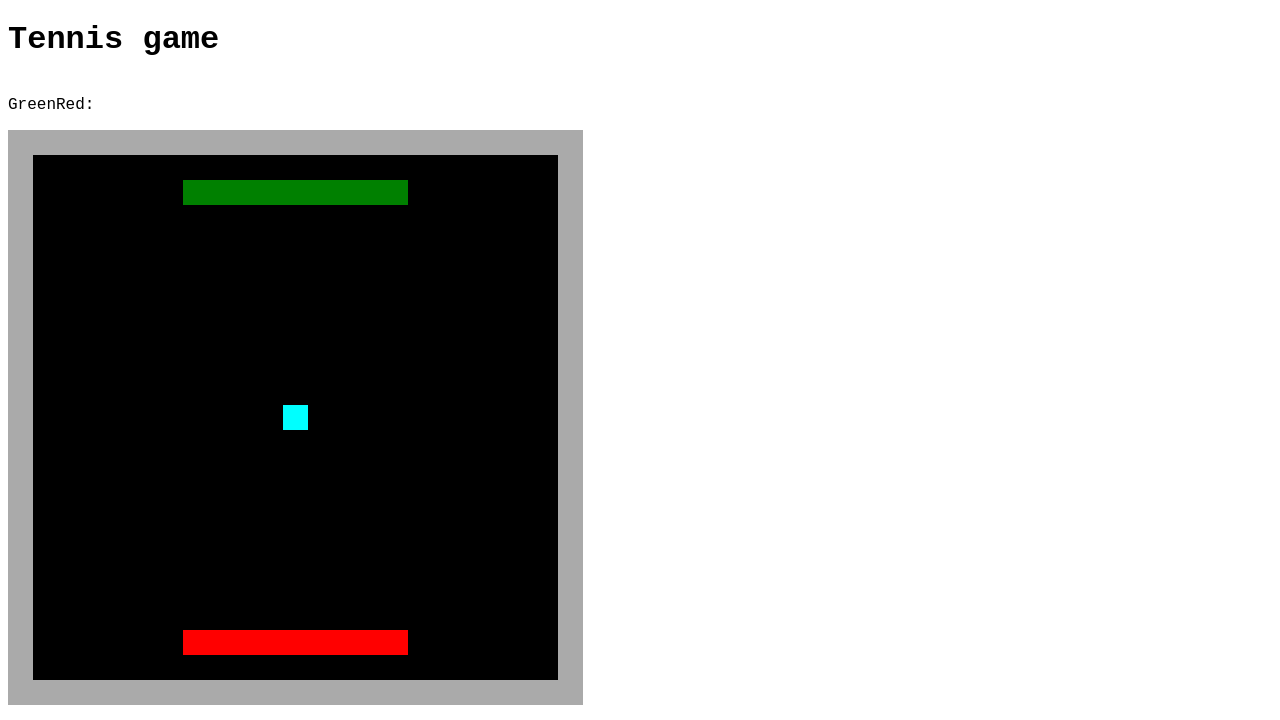
Repository: abdelrahman-ahmed-nassar/javascript-games
Page: my_ping-pong/index.html
An editor plug-in stored every save of this project. The page is shown before and after the next save, followed by the edit.
The browser window is 1280 px wide. The pictures show the whole page.

Above is the page before, as saved 2024-07-27 15:57:12.

After the next save:
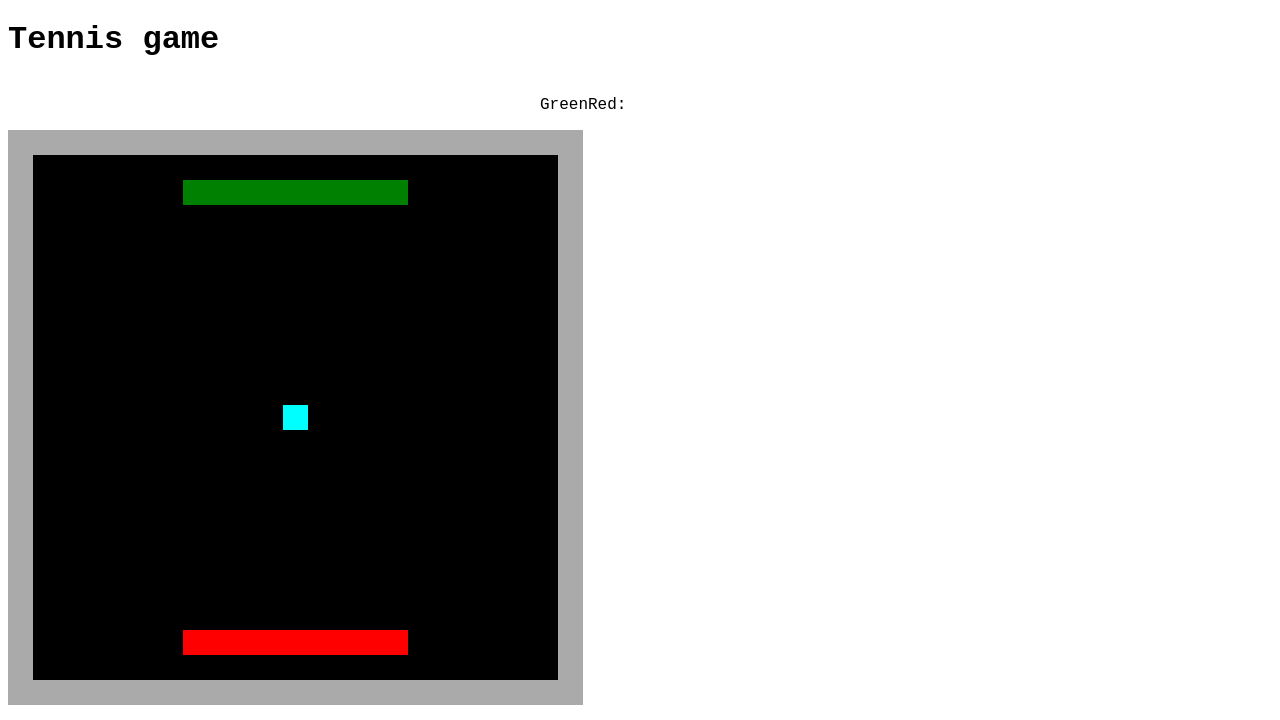
Saved 5 s later.
--- a/my_ping-pong/index.html
+++ b/my_ping-pong/index.html
@@ -9,7 +9,7 @@
   </head>
   <body>
     <h1>Tennis game</h1>
-    <div style="display: flex; width: 200px; margin: ;" >
+    <div style="display: flex; width: 200px; margin: 0 auto;" >
       <p id="player-1">Green <span id="player--0__score"></span></p>
       <p id="player-2">Red: <span id="player--1__score"></span></p>
     </div>
